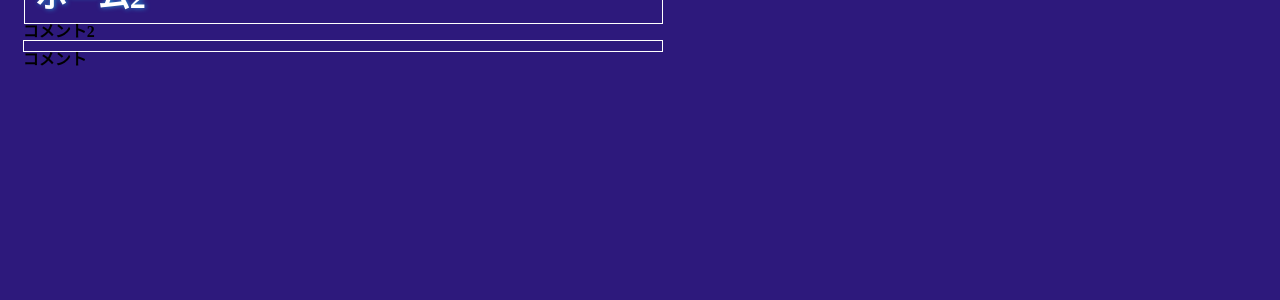
Repository: azuma2/tui2b
Page: http://localhost/come
The author's editor kept a copy of each file at every save. The page is drawn from the files as they stood at one save, then again after a run of saves.
The browser window is 1280 px wide. The pictures show the whole page.
The page is served by the project's Laravel application, run on PHP 8.4 with Laravel 8. Other server files are loaded and not shown. Queries for data that is not in the repository find no rows.

Above is the page before, as saved 2022-03-29 02:30:00.

### routes/web.php
<?php

use Illuminate\Support\Facades\Route;
use App\Http\Controllers\Tui2Controller;

Route::get('/', [Tui2Controller::class, 'index']);
Route::post('/tui2/create', [Tui2Controller::class, 'create']);
Route::post('/tui2/update', [Tui2Controller::class, 'update']);
Route::post('/tui2/delete', [Tui2Controller::class, 'remove']);
Route::post('/', [Tui2Controller::class, 'post']);

Route::get('/comment', [Tui2Controller::class, 'index2'])->name('tui2.index2');
Route::get('/comment', [Tui2Controller::class, 'index3']);


Route::get('/come', [Tui2Controller::class, 'index4'])->name('tui2.index4');
Route::get('/come', [Tui2Controller::class, 'index5']);

Route::get('/reply/like/{id}', [RepliesController::class, 'like'])->name('reply.like');
Route::get('/reply/unlike/{id}', [RepliesController::class, 'unlike'])->name('reply.unlike');

### app/Http/Controllers/Tui2Controller.php
<?php

namespace App\Http\Controllers;

use App\Models\Tui2;
use Illuminate\Http\Request;
use Illuminate\Support\Facades\DB;

class Tui2Controller extends Controller
{
    public function index()
    {
        $items = Tui2::all();
        $items = DB::select('select * from tui2s');



        return view('index', ['items' => $items]);
    }

    public function create(Request $request)
    {
        $param = [
            'name' => $request->name,
            'content' => $request->content,


                ];
        $this->validate($request, Tui2::$rules);

        DB::insert('insert into tui2s (name,content) values (:name,:content)', $param);
        return redirect('/');
    }

    public function update(Request $request)
    {
         $param = [
            'id' => $request->id,
            'name' => $request->name,
            'content' => $request->content,

        ];
        $this->validate($request, Tui2::$rules);
        DB::update('update tui2s set name =:name, content =:content where id =:id', $param);
        return redirect('/');
    }

    public function remove(Request $request)
    {
        $param = ['id' => $request->id];
        DB::delete('delete from tui2s where id =:id', $param);
        return redirect('/');
    }




    public function index2()
    {
        //表示させたいviewを指定させる
        return view('comment', ['items' => $items]);
    }

        public function index3()
    {
        $items = Tui2::all();
        $items = DB::select('select * from tui2s');

        return view('comment', ['items' => $items]);
    }

    public function index4()
    {
        //表示させたいviewを指定させる
        return view('come', ['items' => $items]);
    }
    public function index5()
    {
        $items = Tui2::all();
        $items = DB::select('select * from tui2s');

        return view('come', ['items' => $items]);
    }



}

### app/Models/Tui2.php
<?php

namespace App\Models;

use App\Models\Tui2;
use Illuminate\Database\Eloquent\Factories\HasFactory;
use Illuminate\Database\Eloquent\Model;

class Tui2 extends Model

{
        use HasFactory;

    protected $fillable = ['content'];

    public static $rules = array(
        'content' => 'required|max:20',
    );






}

### resources/views/come.blade.php

<!DOCTYPE html>
<html lang="ja">
<head>
    <meta charset="UTF-8">
    <meta http-equiv="X-UA-Compatible" content="IE=edge">
    <meta name="viewport" content="width=device-width, initial-scale=1.0">
    <link rel="stylesheet" href="{{ asset('\resources\views\layouts\reset.css') }}" >
    <title>コメント画面</title>
    <style>
    body {
      font-size:16px;
      margin: 5px;
      background-color: #2d197c;
    }


        td {
      padding: 5px 10px;
      text-align: center;


    }


    tr{
      border: solid;border-color: #fff;
      border-width: 1px;
    }



    table{
    border-collapse: collapse;
    }

    .kakomi{
      border: solid;
    }

    .icon{
        height: 25px;
      width: 25px;
}

    .narabe{
      display:flex;
        flex-flow: column;
    }

    .button {
    background-image:url(/../img/cross.png);
    background-size: 25px;
       height: 25px;
      width: 25px;
    cursor: pointer;
    transition: 0.4s;
    outline: none;
    border: none;
    background-color: transparent;
}


    .card {
    width: 50vw;
    padding: 10px;
    position: absolute;
    top: -40px;
    left: 1%;

    border-radius: 10px;

}
    h1 {
      font-size:32px;
      color:white;
      text-shadow:1px 0 5px #289ADC;
      margin-left: 1px;


    }

    .title{
          border: solid;border-color: #fff;
          border-width: 1px;
          padding: 10px;

    }
    .content {
      margin:10px;
    }

    .bgazou{
      background-image: url(img/detail.png);
    }

    p{

color: #fff;

    }

    .comment{
      text-align: left;
    }
    .name{
font-size:28px;
     display: inline;
    }



    </style>
  </head>
  <body>
  <div class="container">
    <div class="card">
      <h1 class="title">ホーム2</h1>
            <div class="tui2">
              @if ($errors->has('content'))
                  <tr>
                    <th>ERROR</th>
                  <td>
                  {{$errors->first('content')}}
                </td>
            </tr>
          @endif




          <div class="narabe">
        <table>
            @csrf


                    <tr>
            @foreach ($items as $item)
            <td>

<p class="comment">{{$item->name}}</p>
            </td>

<div></div>

            <form action="/tui2/update" method="post">
              @csrf

              <td>
                <p class="name"></p>
                <img class="icon" src="/../img/heart.png">
              </td>
                          <td>
                            </form>
              <form action="/tui2/delete" method="post" >
                    @csrf
                <input  type="hidden" name="id" value="{{$item->id}}" >
                <input class="button" type="submit" value="" >
              </form>
            </td>
            <td>
              <a href="{{ url('index') }}"><img class="icon" src="/../img/feather.png"></a>
            </td>
              <td>

                <p class="comment">{{$item->content}}</p>
              </td>



          </tr>
          @endforeach

 <tr>
   <td></td>
<h3 class="title2">コメント2</h3>
</tr>

                  </table>
</div>
      </div>
      <h3 class="title2">コメント</h3>
    </div>

  </div>

  </div>



</body>
</html>

### resources/views/layouts/reset.css
/*
html5doctor.com Reset Stylesheet
v1.6.1
Last Updated: 2010-09-17
Todo: Richard Clark - http://richclarkdesign.com
Twitter: @rich_clark
*/

html, body, div, span, object, iframe,
h1, h2, h3, h4, h5, h6, p, blockquote, pre,
abbr, address, cite, code,
del, dfn, em, img, ins, kbd, q, samp,
small, strong, sub, sup, var,
b, i,
dl, dt, dd, ol, ul, li,
fieldset, form, label, legend,
table, caption, tbody, tfoot, thead, tr, th, td,
article, aside, canvas, details, figcaption, figure,
footer, header, hgroup, menu, nav, section, summary,
time, mark, audio, video {
    margin:0;
    padding:0;
    border:0;
    outline:0;
    font-size:100%;
    vertical-align:baseline;
    background:transparent;
}

body {
    line-height:1;
}

article,aside,details,figcaption,figure,
footer,header,hgroup,menu,nav,section {
    display:block;
}

nav ul {
    list-style:none;
}

blockquote, q {
    quotes:none;
}

blockquote:before, blockquote:after,
q:before, q:after {
    content:'';
    content:none;
}

a {
    margin:0;
    padding:0;
    font-size:100%;
    vertical-align:baseline;
    background:transparent;
}

/* change colours to suit your needs */
ins {
    background-color:#ff9;
    color:#000;
    text-decoration:none;
}

/* change colours to suit your needs */
mark {
    background-color:#ff9;
    color:#000;
    font-style:italic;
    font-weight:bold;
}

del {
    text-decoration: line-through;
}

abbr[title], dfn[title] {
    border-bottom:1px dotted;
    cursor:help;
}

table {
    border-collapse:collapse;
    border-spacing:0;
}

/* change border colour to suit your needs */
hr {
    display:block;
    height:1px;
    border:0;
    border-top:1px solid #cccccc;
    margin:1em 0;
    padding:0;
}

input, select {
    vertical-align:middle;
}

Loaded but not shown: app/Http/Controllers/Controller.php (common file)

After the next 3 saves:
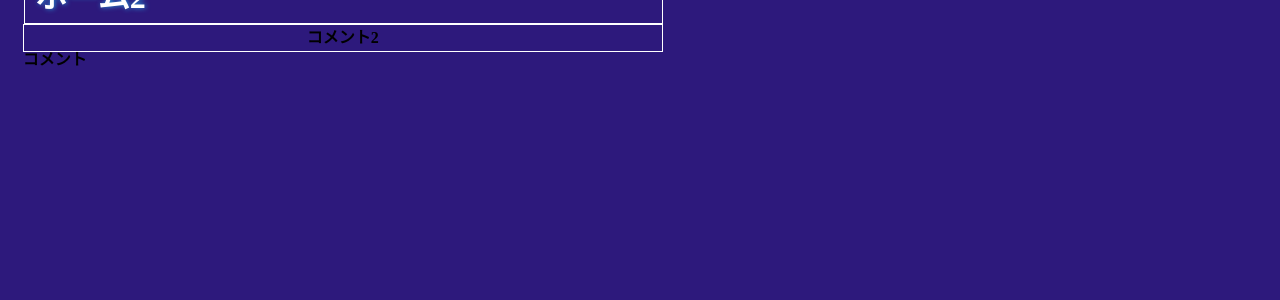
The 3 saves are shown as one change because they came seconds apart.
The last was saved 8 s later.
--- a/resources/views/come.blade.php
+++ b/resources/views/come.blade.php
@@ -172,8 +172,9 @@ font-size:28px;
           @endforeach
 
  <tr>
-   <td></td>
+   <td>
 <h3 class="title2">コメント2</h3>
+</td>
 </tr>
 
                   </table>
